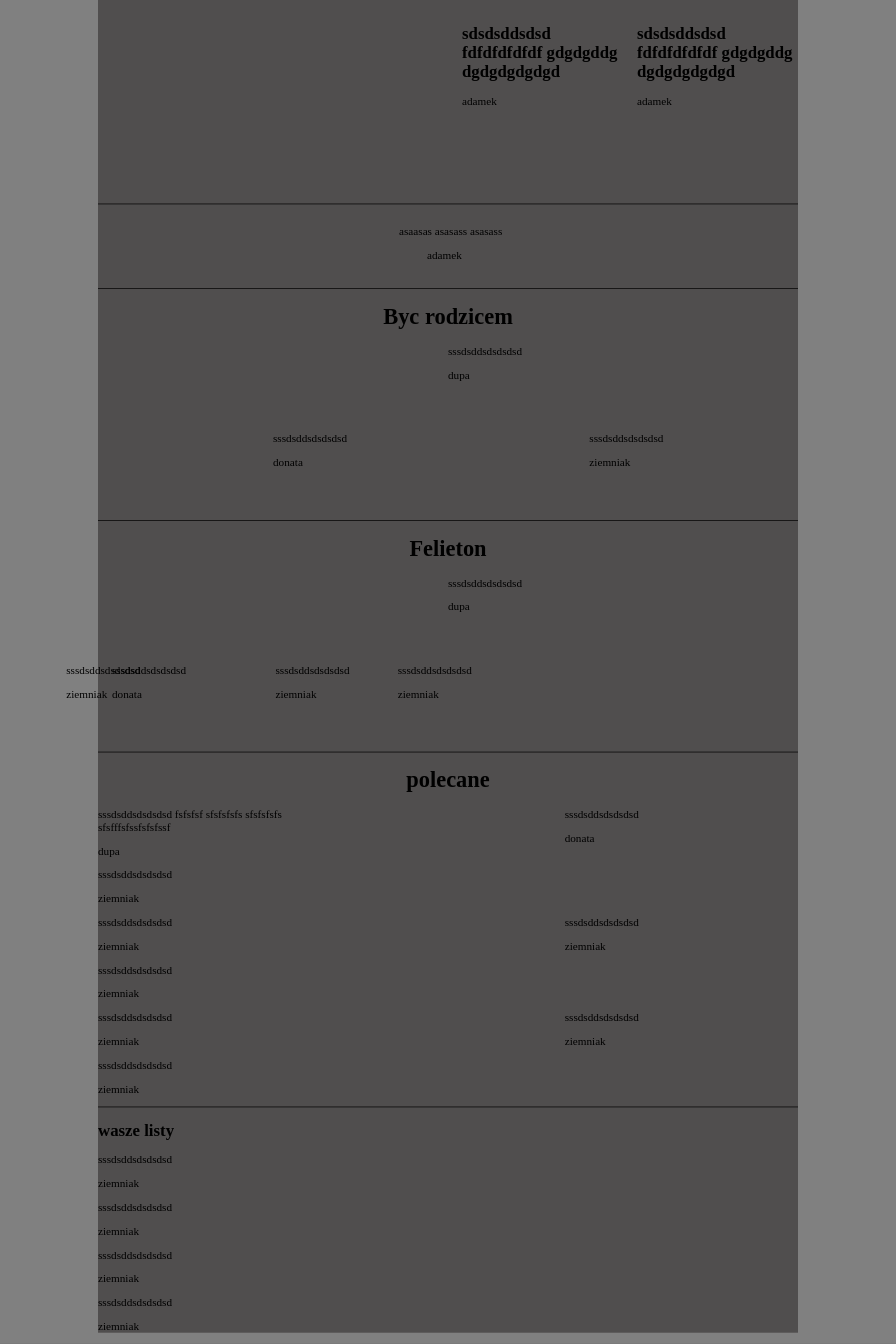
Repository: kq333/pitupitu.pl
Page: index.html
The author's editor kept a copy of each file at every save. The page is drawn from the files as they stood at one save, then again after the next save.
The browser window is 1280 px wide. The pictures show the part of the page from y = 727 to 2647 px (the page is 2647 px tall), at 70% of full size.
The style sheet was rebuilt from its Sass, Less or Tailwind sources for each picture, by a compiler version that may differ from the author's.

Above is the page before, as saved 2020-11-04 11:29:45.

After the next save:
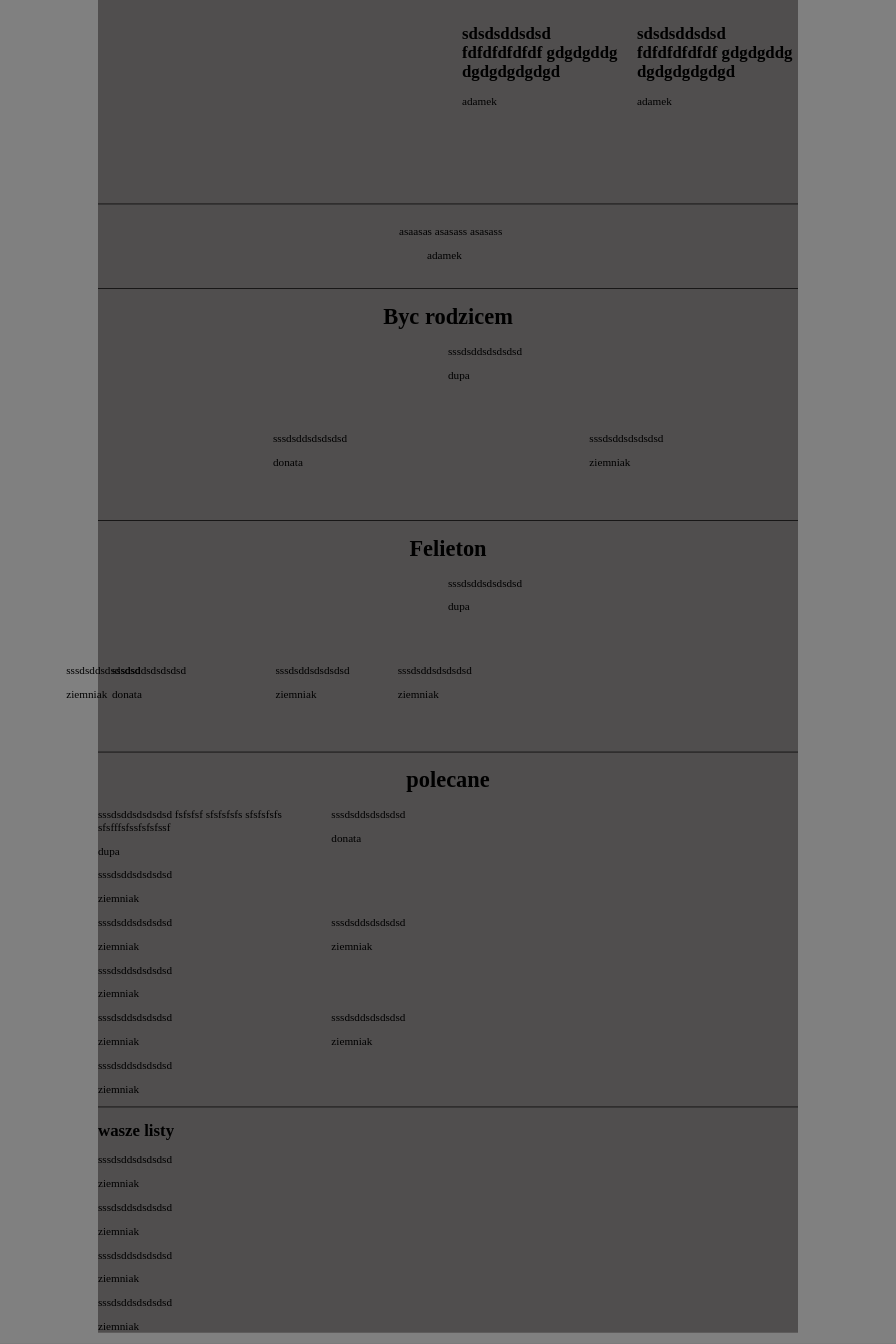
Saved 52 s later.
--- a/style/style.scss
+++ b/style/style.scss
@@ -158,12 +158,12 @@ body{
     border-bottom: 1px solid black;
     display:grid;
     grid-template-columns: repeat(3, 1fr);
-    grid-template-areas: " art18 .  art19"
-                         " art20 .  art19"
-                         " art21 . art22"
-                         " art23 . art22"
-                         " art24 . art25"
-                         " art26 . art25"
+    grid-template-areas: " art18   art19"
+                         " art20   art19"
+                         " art21  art22"
+                         " art23  art22"
+                         " art24  art25"
+                         " art26  art25"
                          ;
 
 
